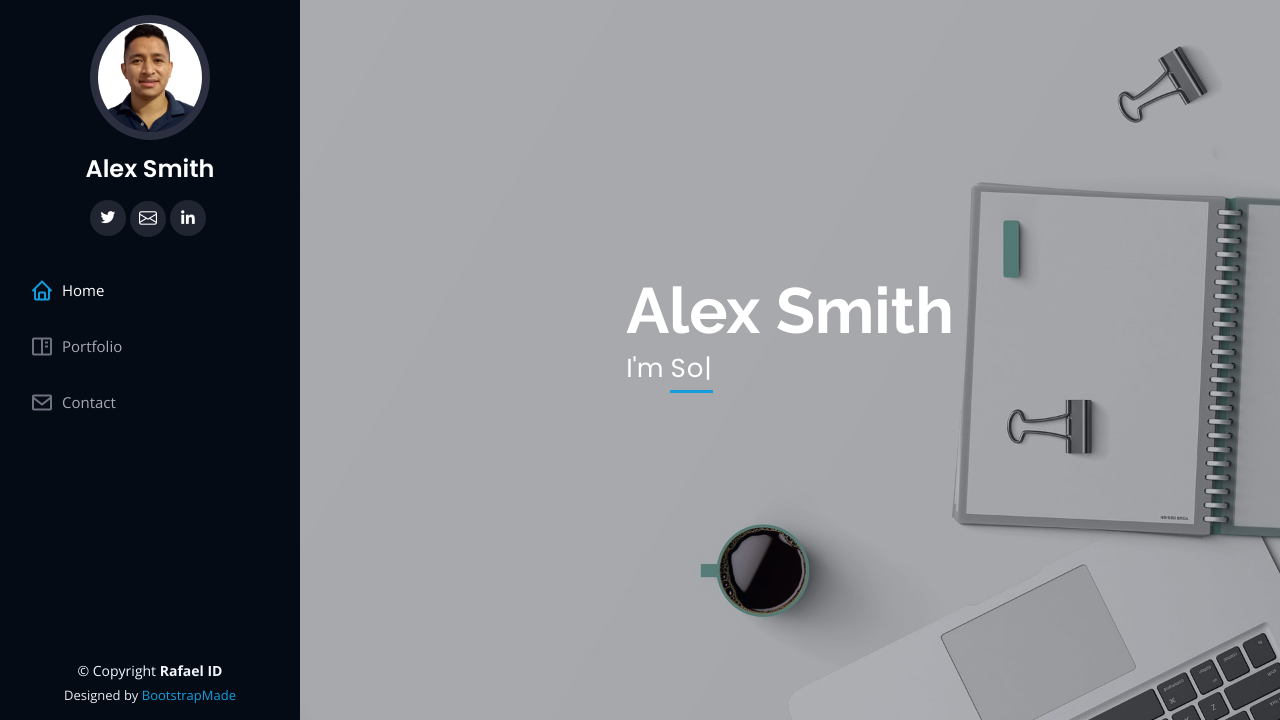
Repository: ralfId/myportfolio
Page: /
These files come from the project's save history. The page is drawn as it stood at one moment and after the next save; the edit follows.
The browser window is 1280 px wide. The pictures show the whole page.
The project was rebuilt for these pictures with package versions that can differ from the ones it lists, and the page was loaded fresh each time. Also part of the build but not shown: src/data/projects.js, src/components/Projects/ProjectItem.js, src/components/Projects/ProjectIndex.js, src/helpers/ProjectById.js, src/components/Projects/ProjectDetail.js.

Above is the page before, as saved 2021-09-20 15:31:50.

After the next save:
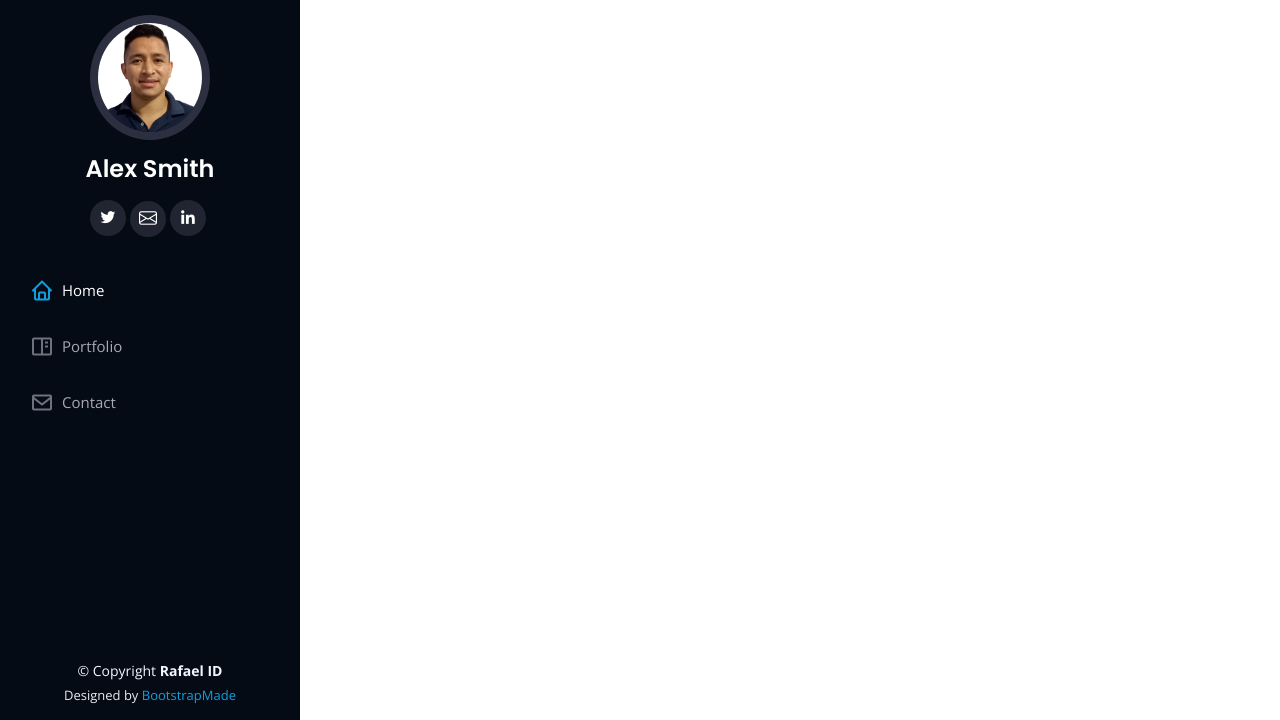
Saved 5 min 27 s later.
--- a/src/components/Home.js
+++ b/src/components/Home.js
@@ -3,10 +3,15 @@ import React from 'react'
 export const Home = () => {
     return (
         <>
-            <section id="hero" className="d-flex flex-column justify-content-center align-items-center">
+            {/* <section id="hero" className="d-flex flex-column justify-content-center align-items-center">
                 <div className="hero-container" data-aos="fade-in">
                     <h1>Alex Smith</h1>
                     <p>I'm <span className="typed" data-typed-items="Software Developer, Xamarin Forms Developer, .Net Core Developer"></span></p>
+                </div>
+            </section> */}
+            <section>
+                <div className="position-relative overflow-hidden p-3 p-md-5 m-md-3 text-center ">
+
                 </div>
             </section>
         </>
